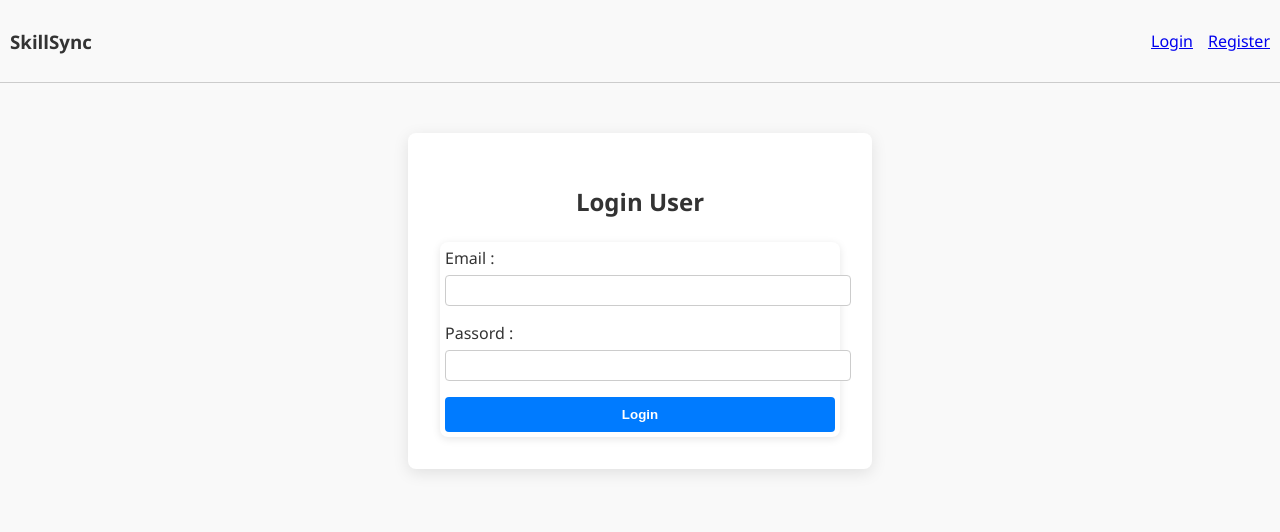
Repository: bharathabhi46/SkillSync-FrontEnd
Page: /LoginUser
These files come from the project's save history. The page is drawn as it stood at one moment and after the next save; the edit follows.
The browser window is 1280 px wide. The pictures show the whole page.
The project was rebuilt for these pictures with package versions that can differ from the ones it lists, and the page was loaded fresh each time. Also part of the build but not shown: vite.config.js, src/Components/CreateUser/CreateUser.jsx, src/Components/UserList/UserList.jsx, src/Components/EditUser/EditUser.jsx, src/Components/RegisterUser/RegisterUser.jsx, src/Components/PrivateAuth/PrivateAuth.jsx, src/Components/Home/Home.css, src/Components/Home/Home.jsx.

Above is the page before, as saved 2025-06-28 13:55:14.

After the next save:
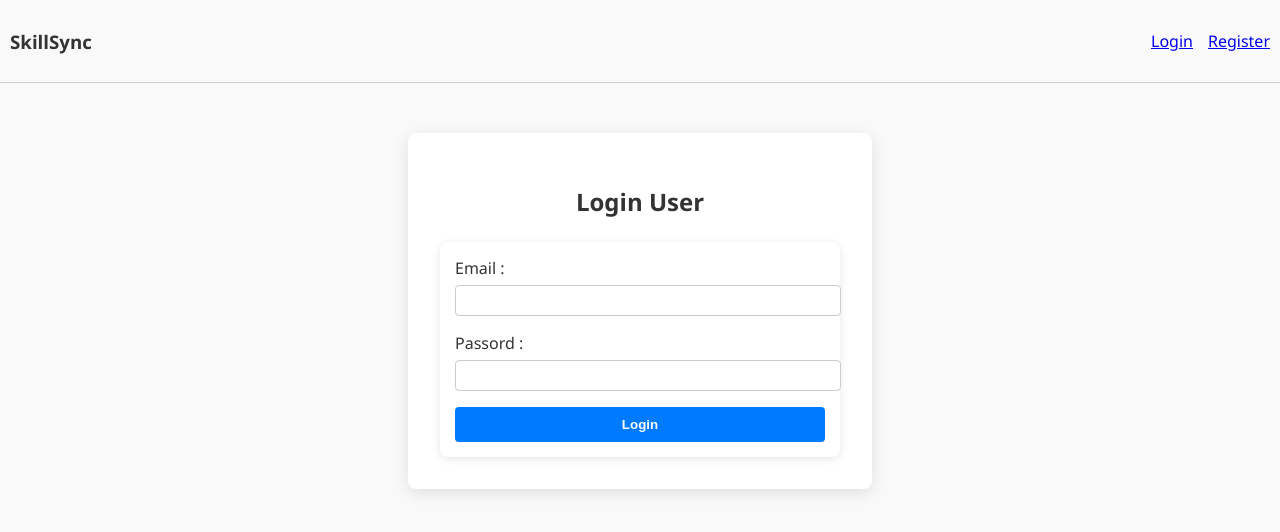
Saved 5 s later.
--- a/src/Components/LoginUser/LoginUser.css
+++ b/src/Components/LoginUser/LoginUser.css
@@ -15,7 +15,7 @@
 
 .container form {
   display: flex;
-  padding: 5px;
+  padding: 15px;
   flex-direction: column;
 }
 
